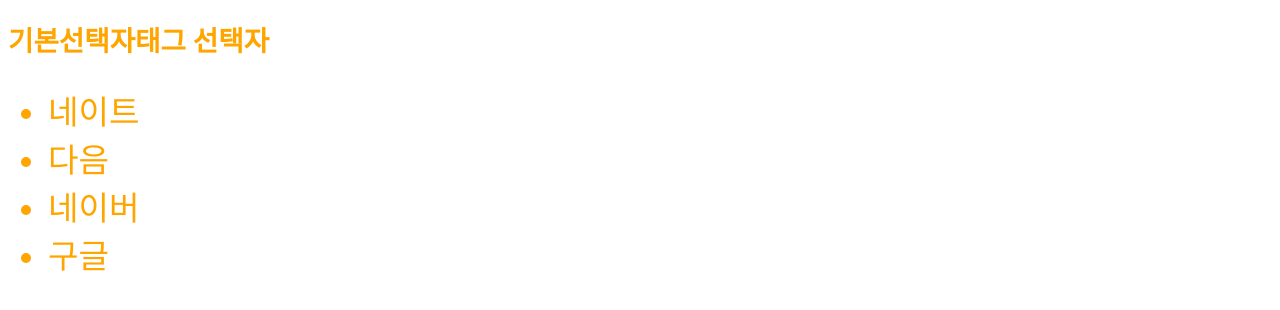
Repository: KangSuA/JSP
Page: webApp/src/main/webapp/jquery/jq03_select.html
These files come from the project's save history. The page is drawn as it stood at one moment and after the next save; the edit follows.
The browser window is 1280 px wide. The pictures show the whole page.

Above is the page before, as saved 2023-02-14 04:37:23.

### webApp/src/main/webapp/jquery/jq03_select.html
<!DOCTYPE html>
<html>
<head>
<meta charset="UTF-8">
<title>Insert title here</title>
<script src="https://cdnjs.cloudflare.com/ajax/libs/jquery/3.6.3/jquery.min.js" ></script>
<script>
	//document.getElementById('site').style.fontsize='2em';
	$(function(){
		// * : 전체 선택자
		$('*').css('color','orange').css('font-size','1.2em');
		// 태그 선택자
		$('h1').append('태그 선택자');
		$('li .addr').css('text-decoration','underline');
	});
</script>
<style>
	#site{
		/*font-size:2em;*/
	}
</style>
</head>
<body>
<h1>기본선택자</h1>
<ul id="site">
	<li>네이트</li>
	<li class="addr">다음</li>
	<li class="addr sub">네이버</li>
	<li>구글</li>
</ul>
</body>
</html>

After the next save:
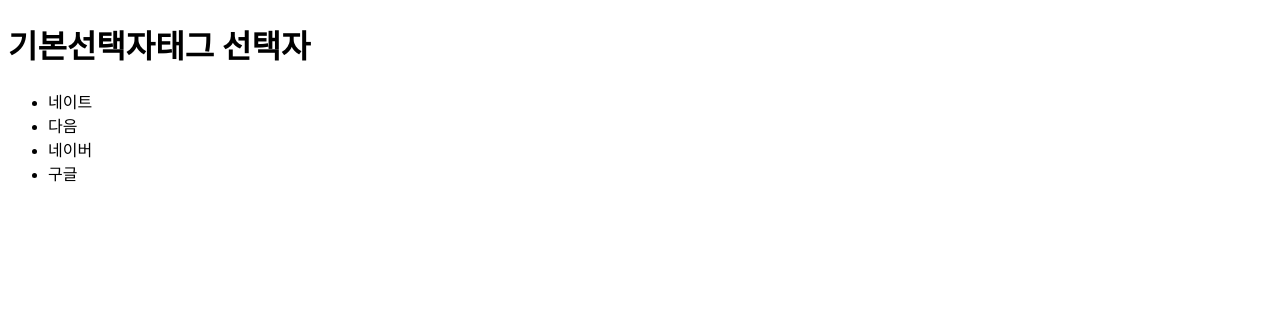
Saved 10 s later.
--- a/webApp/src/main/webapp/jquery/jq03_select.html
+++ b/webApp/src/main/webapp/jquery/jq03_select.html
@@ -8,7 +8,7 @@
 	//document.getElementById('site').style.fontsize='2em';
 	$(function(){
 		// * : 전체 선택자
-		$('*').css('color','orange').css('font-size','1.2em');
+		//$('*').css('color','orange').css('font-size','1.2em');
 		// 태그 선택자
 		$('h1').append('태그 선택자');
 		$('li .addr').css('text-decoration','underline');

After the save that followed:
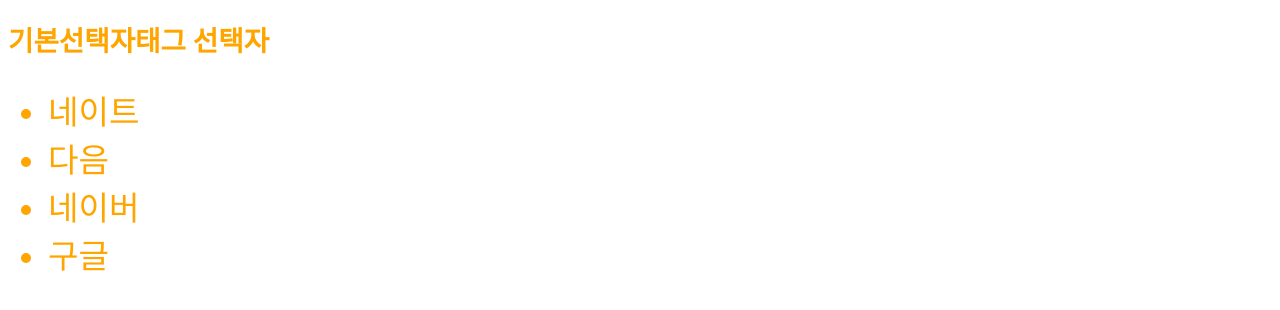
Saved 12 s later.
--- a/webApp/src/main/webapp/jquery/jq03_select.html
+++ b/webApp/src/main/webapp/jquery/jq03_select.html
@@ -8,7 +8,7 @@
 	//document.getElementById('site').style.fontsize='2em';
 	$(function(){
 		// * : 전체 선택자
-		//$('*').css('color','orange').css('font-size','1.2em');
+		$('*').css('color','orange').css('font-size','1.2em');
 		// 태그 선택자
 		$('h1').append('태그 선택자');
 		$('li .addr').css('text-decoration','underline');
